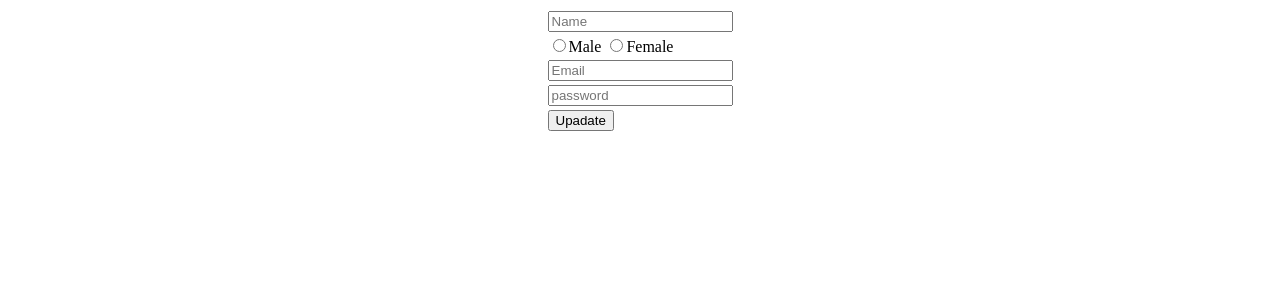
Repository: sketcharsh/Java
Page: http://localhost/DemoProject/Edit.jsp
These files come from the project's save history. The page is drawn as it stood at one moment and after the next save; the edit follows.
The browser window is 1280 px wide. The pictures show the whole page.
The page is served by Tomcat 9. Other server files are loaded and not shown. Queries for data that is not in the repository find no rows.

Above is the page before, as saved 2018-03-01 05:07:39.

### Demo/it17b14/DemoProject/WebContent/Edit.jsp
<%@ page language="java" import="java.sql.*" contentType="text/html; charset=ISO-8859-1"
    pageEncoding="ISO-8859-1"%>
<!DOCTYPE html PUBLIC "-//W3C//DTD HTML 4.01 Transitional//EN" "http://www.w3.org/TR/html4/loose.dtd">
<html>
<head>
<meta http-equiv="Content-Type" content="text/html; charset=ISO-8859-1">
<title>Insert title here</title>
</head>
<body>
	<%  String em = request.getParameter("email");

	%>
	<table align="center">
	<form name="info" action="Delete" method="get">
	<tr>
	<td>
		<input type="text" name="name" placeholder="Name">
	</td>
	</tr>
	<tr>
	<td>
		<input type="radio" name="gender" value="Male">Male
		<input type="radio" name="gender" value="Female">Female
		</td>
	</tr>
	<tr>
	<td>
		<input type="email" name="email" placeholder="Email">
		</td>
	</tr>
	<tr>
	<td>
		<input type="text" name="password" placeholder="password">
	</td>
	</tr>
	<tr>
	<td>
		<input type="submit" value="Upadate">
		</td>
		</tr>
	</form>
	</table>

</body>
</html>

After the next save:
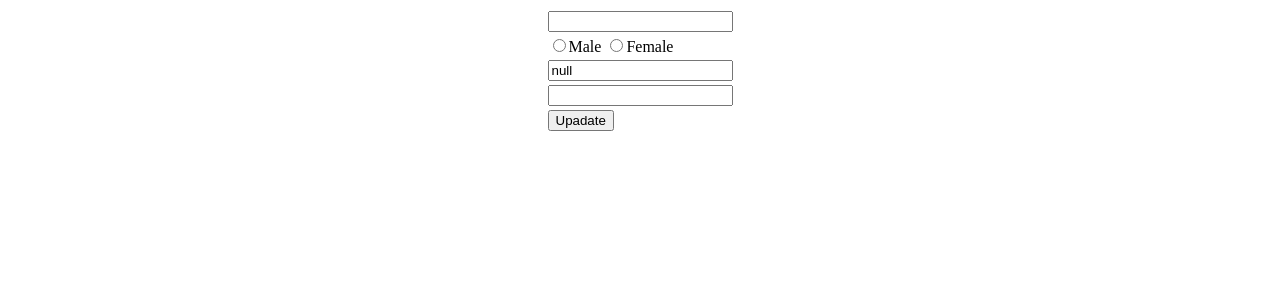
Saved 48 s later.
--- a/Demo/it17b14/DemoProject/WebContent/Edit.jsp
+++ b/Demo/it17b14/DemoProject/WebContent/Edit.jsp
@@ -8,13 +8,33 @@
 </head>
 <body>
 	<%  String em = request.getParameter("email");
+	String nm = "";
+	String email = "";
+	String pass = "";
+	try
+	{
+		Class.forName("com.mysql.jdbc.Driver");
+		Connection con =DriverManager.getConnection("jdbc:mysql://128.66.203.247/it1718b14", "it1718b14", "sumo@123");
+		Statement st=con.createStatement();
+		ResultSet rs=st.executeQuery("select * from demo where email='"+em+"'");
+		while(rs.next())
+		{
+			nm = rs.getString(1);
+			email = rs.getString(3);
+			pass = rs.getString(4);
+		}
+	}
 
+	catch(Exception e)
+	{
+		out.print(e);
+	}
 	%>
 	<table align="center">
 	<form name="info" action="Delete" method="get">
 	<tr>
 	<td>
-		<input type="text" name="name" placeholder="Name">
+		<input type="text" name="name" value="<%= nm %>"/>
 	</td>
 	</tr>
 	<tr>
@@ -25,12 +45,12 @@
 	</tr>
 	<tr>
 	<td>
-		<input type="email" name="email" placeholder="Email">
+		<input type="email" name="email" value="<%= em %>"/>
 		</td>
 	</tr>
 	<tr>
 	<td>
-		<input type="text" name="password" placeholder="password">
+		<input type="text" name="password" value="<%= pass %>"/>
 	</td>
 	</tr>
 	<tr>
